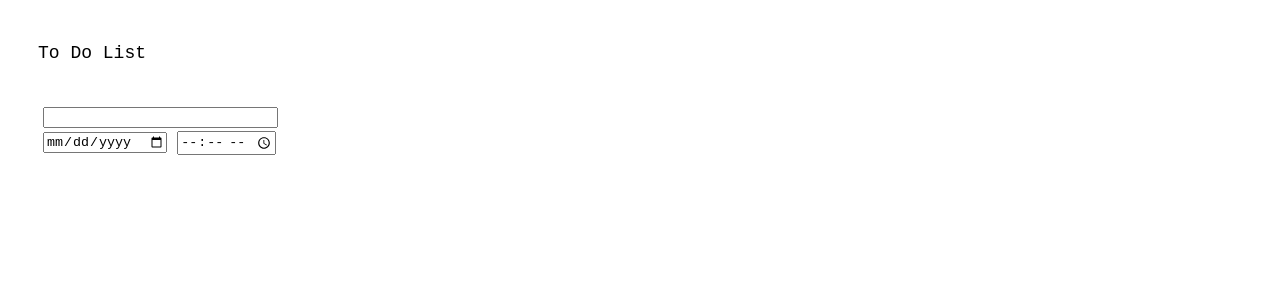
Repository: aknurkappar/nfactorial-web-advanced-todolist-homework
Page: / (app in front/toDoFront/)
An editor plug-in stored every save of this project. The page is shown before and after the next save, followed by the edit.
The browser window is 1280 px wide. The pictures show the whole page.
The page's requests for data from a server got no answer. The project was rebuilt for these pictures with package versions that can differ from the ones it lists, and the page was loaded fresh each time. No one was signed in, and anything a server would have sent is missing. Also part of the build but not shown: front/toDoFront/vite.config.ts.

Above is the page before, as saved 2023-05-09 14:58:23.

### front/toDoFront/src/App.tsx
import './App.css'
import { Routes, Route,} from "react-router-dom";
import TaskListComponent from './components/TaskListComponent';

function App() {

  return (
    <>
      <Routes>
        <Route path="/" element={<TaskListComponent />}/>
        <Route path="/task" element={<TaskListComponent />}/>
        <Route/>
      </Routes>
    </>
  )
}

export default App

### front/toDoFront/src/index.css
:root {
  font-family: Inter, system-ui, Avenir, Helvetica, Arial, sans-serif;
  line-height: 1.5;
  font-weight: 400;
}

a {
  font-weight: 500;
  color: #646cff;
  text-decoration: inherit;
}
a:hover {
  color: #535bf2;
}

body {
  margin-top: 40px;
}

h1 {
  font-size: 3.2em;
  line-height: 1.1;
}

button {
  border-radius: 8px;
  border: 1px solid transparent;
  padding: 0.6em 1.2em;
  font-size: 1em;
  font-weight: 500;
  font-family: inherit;
  background-color: #1a1a1a;
  cursor: pointer;
  transition: border-color 0.25s;
}
button:hover {
  border-color: #646cff;
}
button:focus,
button:focus-visible {
  outline: 4px auto -webkit-focus-ring-color;
}

### front/toDoFront/src/components/TaskListComponent/index.tsx
import './index.css'
import { BASE_URL } from '../../constants'
import { useEffect, useState } from 'react';
import AddTaskComponent from '../AddTaskComponent';

function TaskListComponent() {
    const [taskList, setTaskList] = useState([] as Task[]);

    const getAllTasks = async()=>{
        let result = await fetch(
            `${BASE_URL}task`, {
                method: "get",
            })
        const data = await result.json() as Task[]
        setTaskList(data)
    }
    useEffect(() => {
        getAllTasks()
    }, [])

  return (
    <div className='main'>
        <p className='header'>To Do List</p>
      {
        taskList && taskList.map((task, index) => (
            <div key = {index}>
                <div className="to-do-item" key={index}>
                <button onClick={()=>{}}
                className="more-button"></button>
                <input type="checkbox" onChange={()=>{}} checked={task.isDone}/>
                <p className={`${task.isDone ? "done" : "todo-text"}`}>{task.title}</p>
                </div>
            </div>
        ))

        }
        <AddTaskComponent/>
    </div>
  )
}

export default TaskListComponent

### front/toDoFront/src/components/TaskListComponent/index.css
.buttons{
    display: flex;
    justify-content: space-between;
    align-items: center;
}
.menu-buttons{
    display: flex;
    flex-direction: row;
    align-items: center;
    height: 100px;
}
.menu-buttons button{
    height: 40px;
    width: 80px;
    margin-right: 20px;

    border-radius: 30px;
    border: none;
}
.modal-button{
    width: 500px;
    height: 50px;
    display: flex;
    justify-content: end;
}
.header-text{
    font-size: 25px;
    font-weight: 400;
}
.line{
    width: 100%;
    height: 2px;
    background-color: rgb(216, 216, 216);
    margin: 30px 0px;
}
.to-do-item{
    display: flex;
    flex-direction: row;
    align-items: center;
}
.to-do-item img, input{
    margin: 0px 5px;
}
.to-do-item img {
    height: 11px;
}
.to-do-item .todo-text{
    margin-left: 5px;
    text-decoration: none;
}
.to-do-item .done{
    margin-left: 5px;
    text-decoration: line-through;
    color: #b3b3b3;
}
.add-button{
    height: 50px;
    width: 50px;
    border-radius: 50px;
    border: none;
    background-color: #081e34;
    color: #fff;
    font-weight: 600;
    font-size: 40px;
    margin: 25px 20px;
}

.to-do-item .more-button{
    background-image: url(./assets/vector.png);
    background-repeat: no-repeat;
    background-size: 3px 13px;
    background-position: center;
    border: none;
    background-color: #fff;
    height: 20px;
    width: 5px;
}

.not-active{
    background-color:#F0F0F0;
}
.active{
    background-color:rgba(8, 30, 52, 0.42);
}
.trash-modal-in-trash, .trash-modal{
    background-color: rgb(216, 216, 216);
    border-radius: 5px;
    padding: 5px;
    display: flex;
    flex-direction: column;
    align-items: start;
}

.trash-modal-in-trash{
    height: 55px;
    width: 200px;
    justify-content: space-evenly;
    position: relative;
    top: 3em;
    left: -5em;
}
.trash-modal{
    height: 30px;
    width: 150px;
    justify-content: center;
    position: relative;
    top: 2em;
    left: -5em;
}
.trash-modal-in-trash .delete-forever, .trash-modal-in-trash .move-back, .trash-modal button{
    margin-left: 10px;
    width: 140px;
    border: none;
    background-color: rgb(216, 216, 216);
    color: #000;
    font-size: 12px;
    background-repeat: no-repeat;
    background-size: 10px 15px;
    padding-left: 17px;
    text-align: start;
}

.trash-modal-in-trash .delete-forever, .trash-modal button{
    background-image: url(./assets/trash.png);
}

.trash-modal-in-trash .move-back{
    background-image: url(./assets/moveBack.png);
}

.header{
    font-family: 'Courier New', Courier, monospace;
    font-size: large;
}

.main{
    margin-left: 30px;
}

### front/toDoFront/src/constants/index.tsx
export const BASE_URL = "http://localhost:4200/"

### front/toDoFront/src/components/AddTaskComponent/index.tsx
import './index.css'

function AddTaskComponent() {

  return (
    <form className='add-task-form'>
      <input type='text'/>
      <div>
        <input type='date'/>
        <input type='time'/>
      </div>
    </form>
  )
}

export default AddTaskComponent

### front/toDoFront/src/components/AddTaskComponent/index.css
.add-task-form{
    margin-top: 40px;
    width: 245px;
    display: flex;
    flex-direction: column;
}

Loaded but not shown: front/toDoFront/index.html (common file); front/toDoFront/src/main.tsx (common file); front/toDoFront/src/App.css (no stored copy; drawn as an empty file)

After the next save:
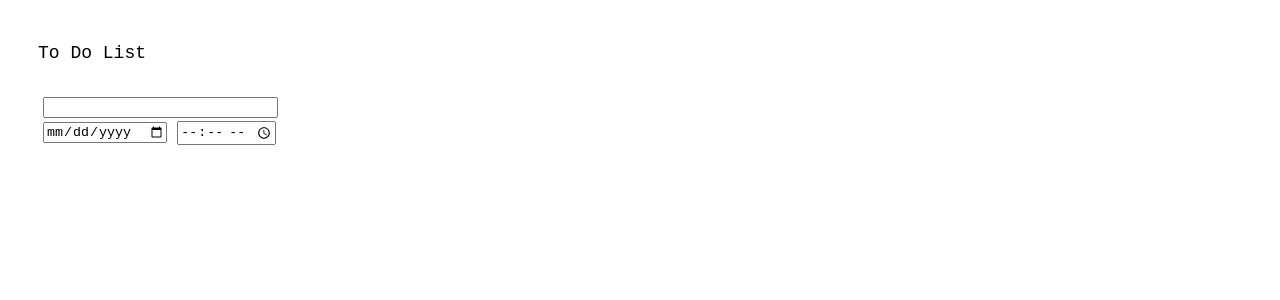
Saved 4 s later.
--- a/front/toDoFront/src/components/AddTaskComponent/index.css
+++ b/front/toDoFront/src/components/AddTaskComponent/index.css
@@ -1,5 +1,5 @@
 .add-task-form{
-    margin-top: 40px;
+    margin-top: 30px;
     width: 245px;
     display: flex;
     flex-direction: column;
